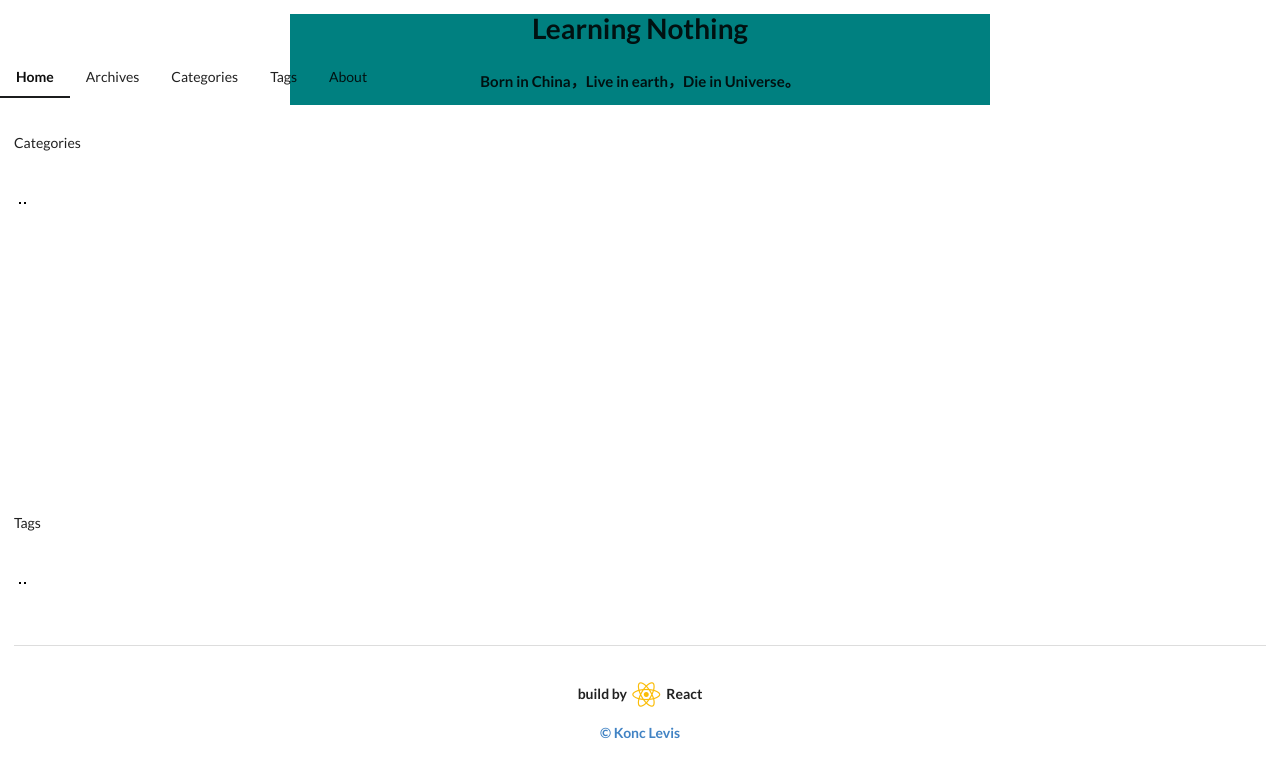
Repository: chu4j/my-spring-cloud-blog-frontend
Page: /
The author's editor kept a copy of each file at every save. The page is drawn from the files as they stood at one save, then again after the next save.
The browser window is 1280 px wide. The pictures show the whole page.
The page's requests for data from a server got no answer. The project was rebuilt for these pictures with package versions that can differ from the ones it lists, and the page was loaded fresh each time. No one was signed in, and anything a server would have sent is missing. Also part of the build but not shown: src/components/Categories.jsx, src/components/FocusContent.jsx, src/css/App.css, src/components/owner/LoginForm.jsx, src/components/Tags.jsx, src/components/Timeline.jsx, src/components/TimelineHome.jsx.

Above is the page before, as saved 2021-02-24 11:50:26.

After the next save:
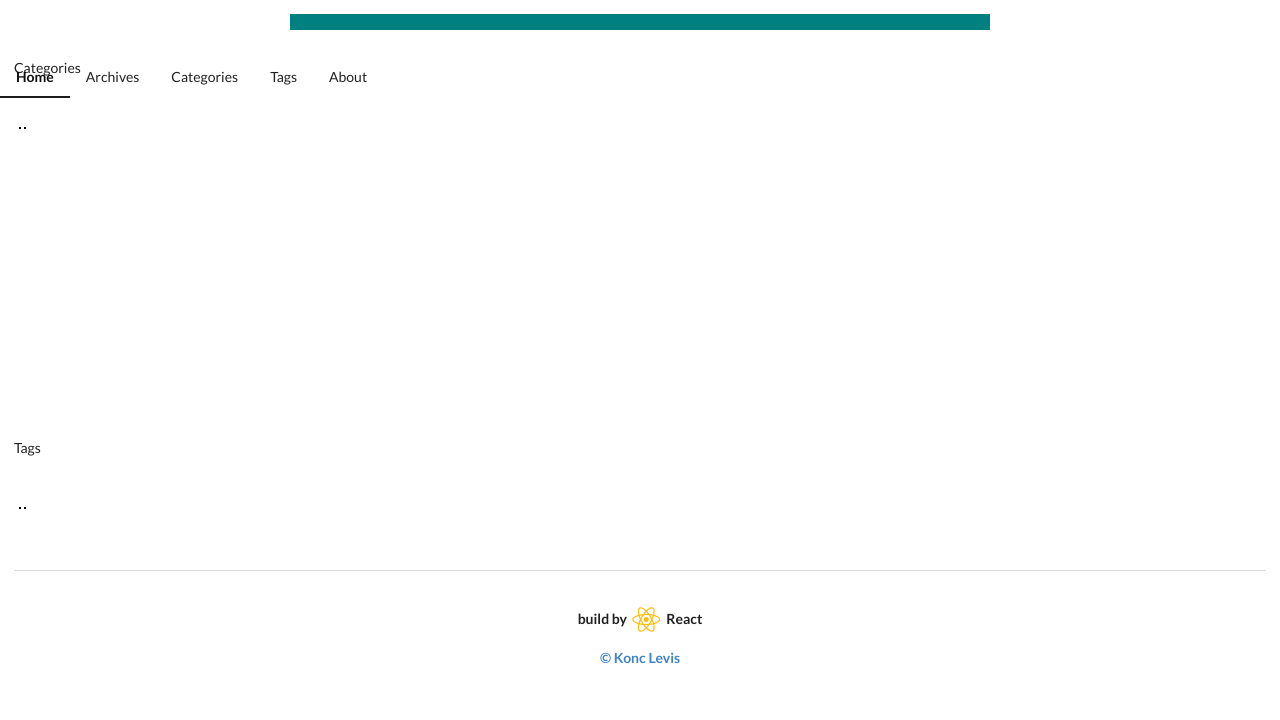
Saved 21 s later.
--- a/src/components/BlogHeader.jsx
+++ b/src/components/BlogHeader.jsx
@@ -45,12 +45,7 @@ class BlogHeader extends Component {
     const { activeItem, menuFixed, overlayFixed, overlayRect } = this.state;
     return (
       <Container text style={{ backgroundColor: "teal" }}>
-        <Header as="h1" content="Learning Nothing" textAlign="center" />
-        <Header
-          as="h4"
-          content="Born in China，Live in earth，Die in Universe。"
-          textAlign="center"
-        />
+
         <Visibility
           onBottomPassed={this.stickTopMenu}
           onBottomVisible={this.unStickTopMenu}
